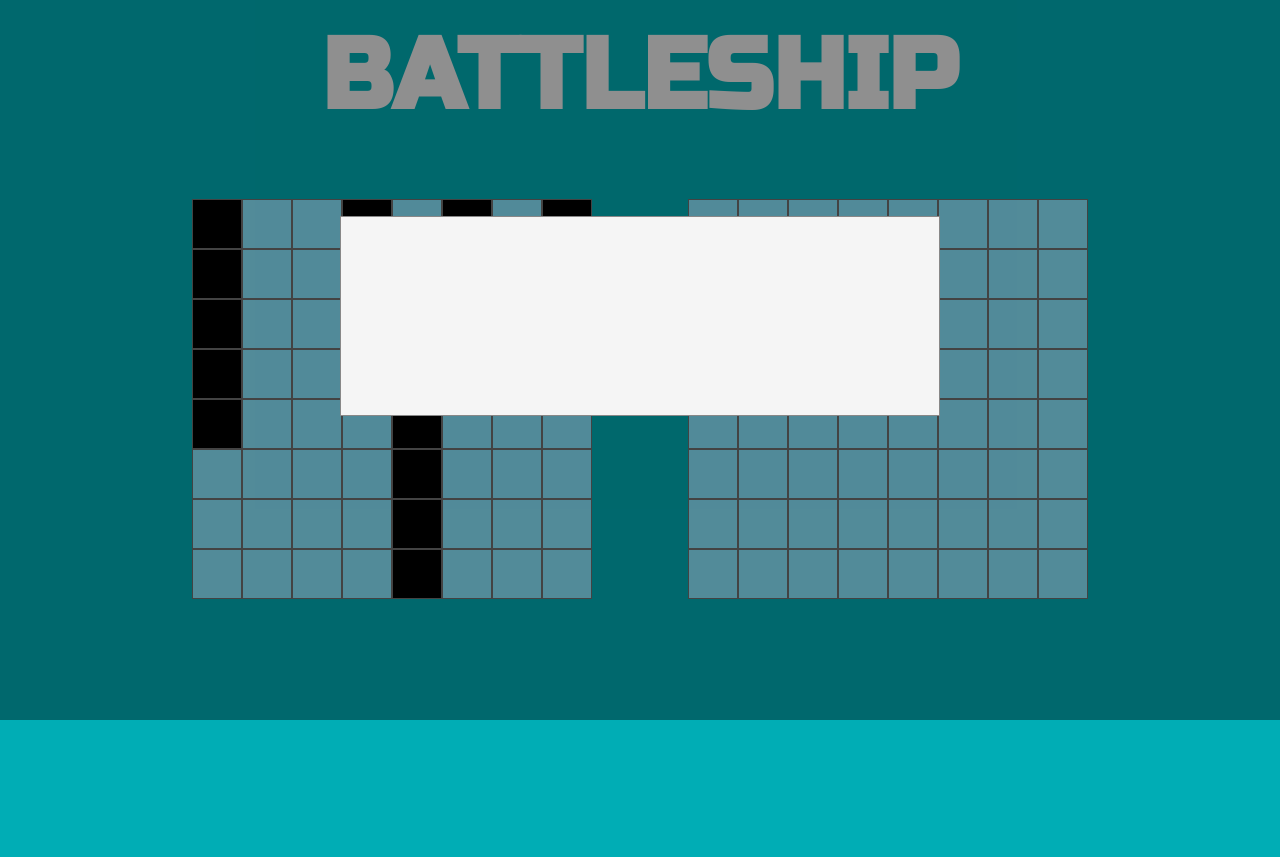
Repository: AzharMoosa/battleship
Page: /
The author's editor kept a copy of each file at every save. The page is drawn from the files as they stood at one save, then again after the next save.
The browser window is 1280 px wide. The pictures show the whole page.
The project was rebuilt for these pictures with package versions that can differ from the ones it lists, and the page was loaded fresh each time.

Above is the page before, as saved 2020-07-09 10:01:39.

### src/App.js
import React from "react";
import Header from "./components/Header";
import Board from "./components/Board";
import { PlayersProvider } from "./context/PlayersContext";
import "./App.css";
import PlaceShip from "./components/PlaceShip";

function App() {
  return (
    <PlayersProvider>
      <div>
        <Header />
        <Board />
        <PlaceShip />
      </div>
    </PlayersProvider>
  );
}

export default App;

### src/components/Header.js
import React from "react";

const Header = () => {
  return (
    <div className='header'>
      <h1>Battleship</h1>
    </div>
  );
};

export default Header;

### src/components/Board.js
import React, { useState } from "react";
import Square from "./Square";
import PlainSquare from "./PlainSquare";
import Player from "../functions/Player";
import Gameboard from "../functions/Gameboard";
import Overlay from "./Overlay";
import HitMiss from "./HitMiss";
import { v4 as uuidv4 } from "uuid";

const Board = () => {
  // eslint-disable-next-line
  const [player, setPlayer] = useState(Player(false));
  // eslint-disable-next-line
  const [computer, setComputer] = useState(Player(true));
  const [playerBoard, setPlayerBoard] = useState(Gameboard());
  const [computerBoard, setComputerBoard] = useState(Gameboard());
  const [playerTurn, setPlayerTurn] = useState(true);

  const getOutcome = (hit) => {
    let outcome = document.querySelector(".hit-miss-outcome");
    if (hit === true) {
      outcome.innerHTML = "Hit!";
    } else {
      outcome.innerHTML = "Miss!";
    }
  };

  const startGame = () => {
    playerBoard.placeShip(0, 0, player.ships[0], 1);
    playerBoard.placeShip(4, 4, player.ships[1], 1);
    playerBoard.placeShip(3, 0, player.ships[2], 1);
    playerBoard.placeShip(5, 0, player.ships[3], 1);
    playerBoard.placeShip(7, 0, player.ships[4], 1);

    computerBoard.placeShip(0, 0, computer.ships[0], 0);
    computerBoard.placeShip(4, 2, computer.ships[1], 0);
    computerBoard.placeShip(0, 3, computer.ships[2], 0);
    computerBoard.placeShip(3, 5, computer.ships[3], 0);
    computerBoard.placeShip(0, 7, computer.ships[4], 0);
  };

  const getBoardElm = (elm) => {
    if (elm !== "") {
      return "square ship";
    } else {
      return "square";
    }
  };

  const displayModal = (name) => {
    let modal = document.querySelector(".modal");
    let title = document.querySelector(".winner-name");
    let overlay = document.querySelector(".overlay");
    modal.style.display = "block";
    overlay.style.display = "none";
    if (name === "Computer") {
      title.innerHTML = "Computer Wins";
    } else if (name === "Player") {
      title.innerHTML = "Player Wins";
    }
  };

  const resetGame = () => {
    setPlayer(Player(false));
    setComputer(Player(true));
    setPlayerBoard(Gameboard());
    setComputerBoard(Gameboard());
    setPlayerTurn(true);
    let modal = document.querySelector(".modal");
    let overlay = document.querySelector(".overlay");
    let outcome = document.querySelector(".hit-miss-outcome");
    modal.style.display = "none";
    overlay.style.display = "grid";
    outcome.innerHTML = "";
  };

  const gameOver = () => {
    if (playerBoard.allShipSunk(player.ships)) {
      displayModal("Computer");
    } else if (computerBoard.allShipSunk(computer.ships)) {
      displayModal("Player");
    }
  };

  const attackComputer = (e) => {
    if (playerTurn === true) {
      let updatedBoard = computerBoard;
      // Get Coord
      let coords = e.target.id.split(",");
      let x = coords[1];
      let y = coords[0];
      player.attackEnemy(updatedBoard, parseInt(x), parseInt(y));
      if (computerBoard.grid[x][y] === "") {
        e.target.classList.add("ship-miss");
        getOutcome(false);
      } else {
        e.target.classList.add("ship-hit");
        getOutcome(true);
      }
      setComputerBoard(updatedBoard);
      setPlayerTurn(false);
    }
    computerTurn();
  };

  const computerTurn = () => {
    if (playerTurn === true) {
      let updatedBoard = playerBoard;
      let randomCoords = computer.getRandomCoords();
      let square = document.getElementById(randomCoords);
      let coords = randomCoords.split(",");
      let x = coords[1];
      let y = coords[0];
      computer.computerAttack(updatedBoard, x, y);
      if (playerBoard.grid[x][y] === "") {
        square.classList.add("ship-miss");
      } else {
        square.classList.add("ship-hit");
      }
      gameOver();
      setPlayerBoard(updatedBoard);
      setPlayerTurn(true);
    }
  };

  return (
    <div className='container'>
      <HitMiss />
      <div className='game-boards'>
        {startGame()}
        <div className='game-board'>
          {playerBoard.grid.map((col, j) =>
            col.map((elm, i) => (
              <Square
                key={uuidv4()}
                elm={elm}
                getBoardElm={getBoardElm}
                id={`${i},${j}`}
              />
            ))
          )}
        </div>

        <div className='comp'>
          <div className='game-board comp-board'>
            {computerBoard.grid.map((col, j) =>
              col.map((elm, i) => (
                <Square
                  key={uuidv4()}
                  elm={elm}
                  getBoardElm={getBoardElm}
                  attackComputer={attackComputer}
                  id={`${i},${j}`}
                />
              ))
            )}
          </div>
          <div className='overlay game-board'>
            {computerBoard.grid.map((col, j) =>
              col.map((elm, i) => <PlainSquare key={uuidv4()} />)
            )}
          </div>
        </div>
      </div>
      <Overlay resetGame={resetGame} />
    </div>
  );
};

export default Board;

### src/context/PlayersContext.js
import React, { useState, createContext } from "react";
import Player from "../functions/Player";
import Gameboard from "../functions/Gameboard";

export const PlayersContext = createContext();

export const PlayersProvider = (props) => {
  const [players, usePlayers] = useState([
    // Player
    {
      player: Player(false),
      board: Gameboard(),
    },
    // Computer
    {
      player: Player(true),
      board: Gameboard(),
    },
  ]);

  return (
    <PlayersContext.Provider value={[players, usePlayers]}>
      {props.children}
    </PlayersContext.Provider>
  );
};

### src/App.css
@import url("https://fonts.googleapis.com/css2?family=Russo+One&display=swap");

:root {
  --bg-primary: #00adb5;
  --bg-light: #eeeeee;
  --bg-dark: #222831;
}

* {
  margin: 0;
  padding: 0;
  box-sizing: border-box;
}

body {
  font-family: "Russo One", sans-serif;
  background-color: var(--bg-primary);
}

.header {
  text-align: center;
}

.header h1 {
  color: var(--bg-light);
  font-size: 100px;
  text-transform: uppercase;
  margin-top: 1rem;
}

.game-boards {
  display: flex;
  align-items: center;
  justify-content: space-between;
  width: 70%;
  height: 55vh;
  margin: 3rem auto;
}

.game-board {
  display: grid;
  grid-template-columns: repeat(8, 1fr);
  width: 400px;
  height: 400px;
}

.square {
  border: 1px solid #707070;
  background-color: rgb(136, 231, 255);
  width: 50px;
  height: 50px;
  pointer-events: auto !important;
  cursor: pointer;
}

.plain-square {
  border: 1px solid #707070;
  background-color: rgb(136, 231, 255);
  width: 50px;
  height: 50px;
  pointer-events: none !important;
  cursor: pointer;
}

.ship {
  background-color: #000;
}

.ship-hit {
  background-color: rgb(255, 77, 77) !important;
  pointer-events: none !important;
}

.ship-miss {
  background-color: #fff !important;
  pointer-events: none !important;
}

.comp {
  display: grid;
}

.comp-board,
.overlay {
  grid-area: 1 / 1;
}

.container {
  display: flex;
  flex-direction: column;
  height: 100vh;
}

.overlay {
  pointer-events: none;
}

.start {
  /* display: none; */
  position: fixed;
  z-index: 1;
  left: 0;
  top: 0;
  width: 100%;
  height: 100%;
  background-color: rgb(0, 0, 0);
  background-color: rgba(0, 0, 0, 0.4);
}

.start-content {
  background-color: #f5f5f5;
  margin: 30vh auto;
  padding: 20px;
  border: 1px solid #888;
  width: 600px;
  height: 200px;
  display: flex;
  flex-direction: column;
  align-items: center;
  justify-content: center;
}

.modal {
  display: none;
  position: fixed;
  z-index: 1;
  left: 0;
  top: 0;
  width: 100%;
  height: 100%;
  background-color: rgb(0, 0, 0);
  background-color: rgba(0, 0, 0, 0.4);
}

.modal-content-results {
  background-color: #f5f5f5;
  margin: 30vh auto;
  padding: 20px;
  border: 1px solid #888;
  width: 400px;
  height: 200px;
  display: flex;
  flex-direction: column;
  align-items: center;
  justify-content: center;
}

.winner-name {
  text-align: center;
  margin-bottom: 2rem;
  font-size: 40px;
}

.btn-primary {
  background-color: var(--bg-dark);
  color: #fff;
  width: 150px;
  height: 50px;
  font-size: 20px;
  border: none;
  outline: none;
  font-family: "Russo One", sans-serif;
  border-radius: 20px;
  cursor: pointer;
}

.hit-miss {
  display: flex;
  align-items: center;
  justify-content: center;
  margin-top: 1rem;
}

.hit-miss-outcome {
  color: #fff;
  font-size: 50px;
}

@media (min-width: 1700px) {
  .game-boards {
    height: 70vh;
    width: 80%;
  }

  .game-board {
    width: 650px;
    height: 650px;
  }

  .square,
  .plain-square {
    width: 81.25px;
    height: 81.25px;
  }
}

@media (max-width: 1200px) {
  .game-boards {
    height: 70vh;
    width: 80%;
    display: flex;
    flex-direction: column;
  }

  .game-board {
    width: 500px;
    height: 500px;
  }

  .comp {
    margin-top: 3rem;
  }

  .square,
  .plain-square {
    width: 62.5px;
    height: 62.5px;
  }
}

@media (max-width: 768px) {
  .header h1 {
    font-size: 60px;
  }

  .game-boards {
    width: 80%;
    display: flex;
    flex-direction: column;
  }

  .game-board {
    width: 400px;
    height: 400px;
  }

  .comp {
    margin-top: 3rem;
  }

  .square,
  .plain-square {
    width: 50px;
    height: 50px;
  }
}

@media (max-width: 414px) {
  .header h1 {
    font-size: 40px;
  }

  .game-boards {
    width: 70%;
    display: flex;
    flex-direction: column;
  }

  .game-board {
    width: 300px;
    height: 300px;
  }

  .comp {
    margin-top: 3rem;
  }

  .square,
  .plain-square {
    width: 37.5px;
    height: 37.5px;
  }

  .modal-content-results {
    width: 300px;
  }

  .winner-name {
    font-size: 35px;
  }

  .btn-primary {
    background-color: var(--bg-dark);
    color: #fff;
    width: 150px;
    height: 50px;
    font-size: 20px;
    border: none;
    outline: none;
    font-family: "Russo One", sans-serif;
    border-radius: 20px;
    cursor: pointer;
  }
}

@media (max-width: 375px) {
  .header h1 {
    font-size: 35px;
  }

  .game-boards {
    width: 70%;
    display: flex;
    flex-direction: column;
  }

  .game-board {
    width: 280px;
    height: 280px;
  }

  .comp {
    margin-top: 3rem;
  }

  .square,
  .plain-square {
    width: 35px;
    height: 35px;
  }
}

@media (max-width: 320px) {
  .modal-content-results {
    width: 250px;
  }

  .winner-name {
    font-size: 30px;
  }
}

### src/components/PlaceShip.js
import React from "react";

const PlaceShip = () => {
  return (
    <div className='start'>
      <div className='start-content'></div>
    </div>
  );
};

export default PlaceShip;

### src/components/Square.js
import React from "react";

const Square = ({ elm, attackComputer, getBoardElm, id }) => {
  return (
    <div className={getBoardElm(elm)} id={id} onClick={attackComputer}></div>
  );
};

export default Square;

### src/components/PlainSquare.js
import React from "react";

const PlainSquare = () => {
  return <div className='plain-square'></div>;
};

export default PlainSquare;

### src/functions/Player.js
import Ship from "./Ship";

const Player = (ai) => {
  let previousShots = [];

  // Create Ships
  let carrier = Ship("Carrier", 5);
  let battleship = Ship("Battleship", 4);
  let cruiser = Ship("Cruiser", 3);
  let submarine = Ship("Submarine", 3);
  let destroyer = Ship("Destroyer", 2);
  let ships = [carrier, battleship, cruiser, submarine, destroyer];

  const attackEnemy = (enemyBoard, x, y) => {
    if (!previousShots.includes([x, y])) {
      enemyBoard.receiveAttack(x, y);
      previousShots.push([parseInt(x), parseInt(y)]);
      return true;
    }
    return false;
  };

  const checkCoord = (x, y) => {
    previousShots.forEach((coords) => {
      if (
        parseInt(coords[1]) === parseInt(x) &&
        parseInt(coords[0]) === parseInt(y)
      ) {
        return true;
      }
    });
    return false;
  };

  const getRandomCoords = (gameboard) => {
    let maximum = 7;
    let minimum = 0;
    let x = 0;
    let y = 0;

    do {
      x = Math.floor(Math.random() * (maximum - minimum + 1)) + minimum;
      y = Math.floor(Math.random() * (maximum - minimum + 1)) + minimum;
    } while (checkCoord(x, y));
    return `${x},${y}`;
  };

  const computerAttack = (enemyBoard, x, y) => {
    enemyBoard.receiveAttack(x, y);
    previousShots.push([x, y]);
  };

  return { previousShots, ships, attackEnemy, computerAttack, getRandomCoords };
};

export default Player;

### src/functions/Gameboard.js
const Gameboard = () => {
  let previousShots = [];
  const grid = new Array(8).fill("");
  for (let i = 0; i < grid.length; i++) {
    grid[i] = new Array(8).fill("");
  }

  const getGrid = () => {
    return grid;
  };

  const getPreviousShots = () => {
    return previousShots;
  };

  const placeShip = (x, y, ship, orientation) => {
    // Horizontal Orientation = 0
    // Vertical Orientation = 1

    // Check If Ship Fits
    let shipLength = ship.length;

    if (orientation === 0) {
      for (let i = x; i < x + ship.length; i++) {
        if (grid[y][i] !== "" || x + shipLength > 8) {
          return false;
        }
        grid[y][i] = ship;
        ship.setShipCoords(y, i);
      }
    } else if (orientation === 1) {
      for (let i = y; i < y + ship.length; i++) {
        if (grid[i][x] !== "" || y + shipLength > 8) {
          return false;
        }
        grid[i][x] = ship;
        ship.setShipCoords(i, x);
      }
    }
    return true;
  };

  const flatten = (arr) => {
    return arr.join(" |-| ");
  };

  const receiveAttack = (x, y) => {
    // Check if ship is at position
    if (grid[x][y] !== "") {
      let ship = grid[x][y];
      let shipCoords = ship.getShipCoords();
      let arrSearch = shipCoords.map((row) => {
        return flatten(row);
      });
      let pos = arrSearch.indexOf(flatten([x, y]));
      if (!ship.isHit(pos)) {
        ship.hit(pos);
        return true;
      }
    }
    previousShots.push([x, y]);
    return false;
  };

  const allShipSunk = (ships) => {
    for (let i = 0; i < ships.length; i++) {
      if (!ships[i].isSunk()) {
        return false;
      }
    }

    return true;
  };

  return {
    grid,
    previousShots,
    getGrid,
    placeShip,
    receiveAttack,
    getPreviousShots,
    allShipSunk,
  };
};

export default Gameboard;

### src/components/Overlay.js
import React from "react";

const Overlay = ({ resetGame }) => {
  return (
    <div className='modal'>
      <div className='modal-content-results'>
        <h1 className='winner-name'>Player Wins</h1>
        <button className='btn-primary' onClick={resetGame}>
          Restart
        </button>
      </div>
    </div>
  );
};

export default Overlay;

### src/components/HitMiss.js
import React from "react";

const HitMiss = () => {
  return (
    <div className='hit-miss'>
      <h1 className='hit-miss-outcome'>{}</h1>
    </div>
  );
};

export default HitMiss;

### src/functions/Ship.js
const Ship = (name, length) => {
  // Fills ship with false
  const ship = new Array(length).fill(false);
  let shipCoords = [];

  // Hit
  const hit = (pos) => (ship[pos] = true);

  // If Ship Sunk
  const isSunk = () => {
    return ship.every((v) => v === true);
  };

  const isHit = (pos) => {
    return ship[pos] === true ? true : false;
  };

  // Returns ship
  const getShip = () => {
    return ship;
  };

  const setShipCoords = (x, y) => {
    shipCoords.push([x, y]);
  };

  const getShipCoords = () => {
    return shipCoords;
  };

  return {
    name,
    ship,
    length,
    hit,
    isSunk,
    isHit,
    getShip,
    setShipCoords,
    getShipCoords,
  };
};

export default Ship;

Loaded but not shown: public/index.html (common file); src/index.js (common file)

After the next save:
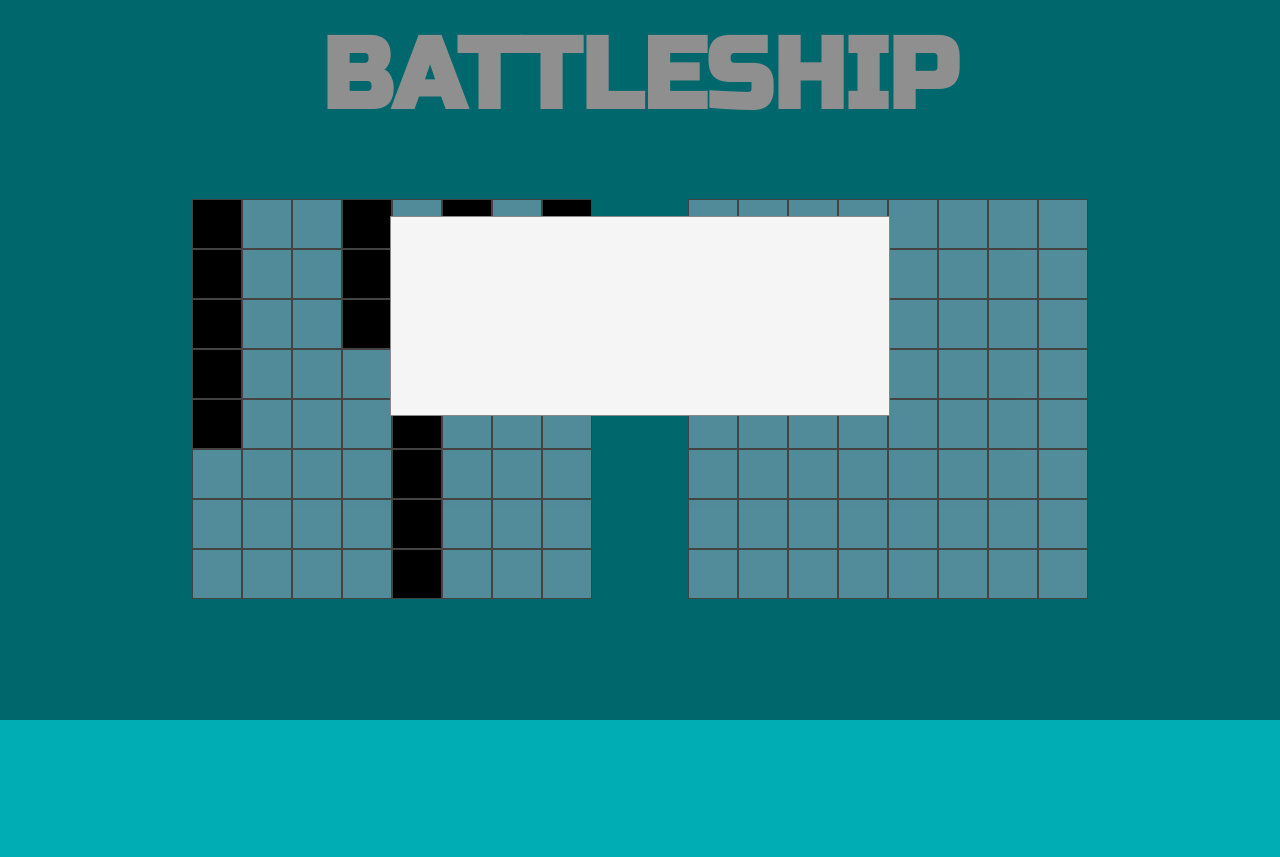
Saved 6 s later.
--- a/src/App.css
+++ b/src/App.css
@@ -112,7 +112,7 @@ body {
   margin: 30vh auto;
   padding: 20px;
   border: 1px solid #888;
-  width: 600px;
+  width: 500px;
   height: 200px;
   display: flex;
   flex-direction: column;
